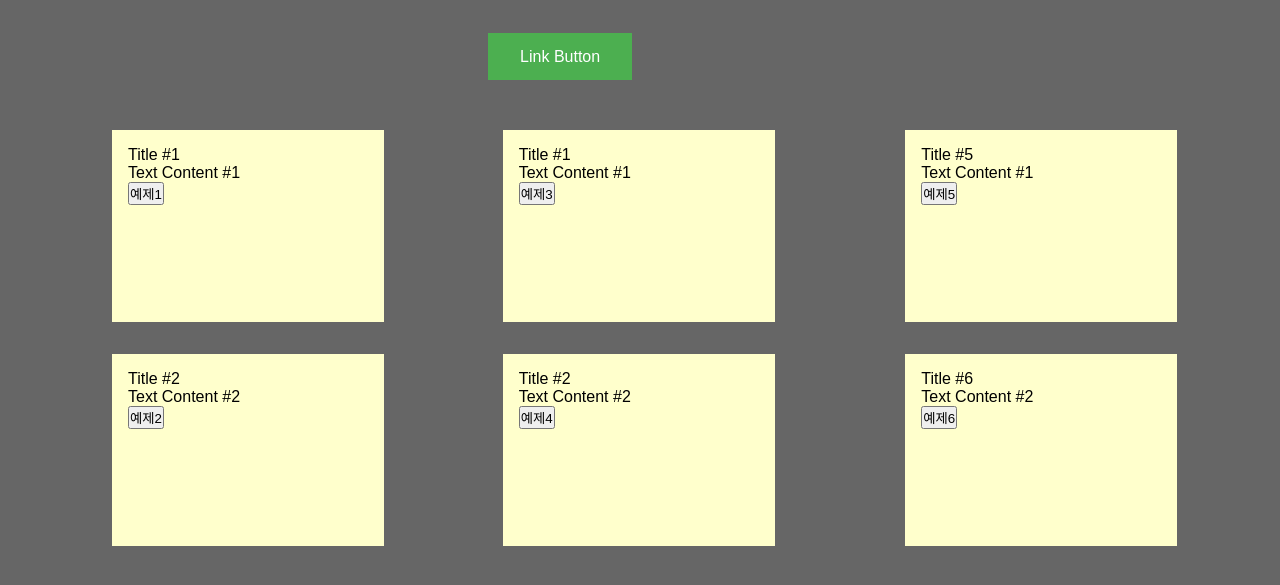
Repository: qudgns200/Toy_01_ToDoList
Page: http://localhost/ToDoList/jsp/mainForm.jsp
The author's editor kept a copy of each file at every save. The page is drawn from the files as they stood at one save, then again after the next save.
The browser window is 1280 px wide. The pictures show the whole page.
The page is served by Tomcat 9. Nobody is signed in. The application's start-up code is not run.

Above is the page before, as saved 2019-11-05 07:48:54.

After the next save:
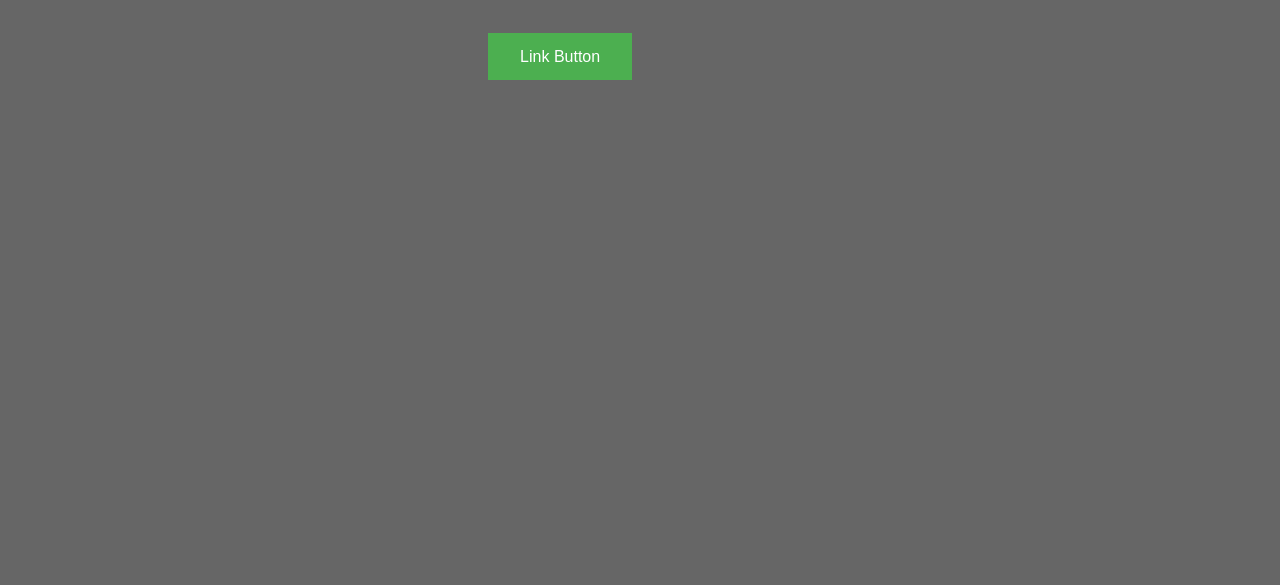
Saved 7 min 44 s later.
--- a/ToDoList/WebContent/jsp/mainForm.jsp
+++ b/ToDoList/WebContent/jsp/mainForm.jsp
@@ -16,58 +16,19 @@
     <section>
       <div id="todo">
         <ul>
-          <li>
-            <a href="#">
-              <h2>Title #1</h2>
-              <p>Text Content #1</p>
-              <button>예제1</button>
-            </a>
-          </li>
-          <li>
-            <a href="#">
-              <h2>Title #2</h2>
-              <p>Text Content #2</p>
-              <button>예제2</button>
-            </a>
-          </li>
+
         </ul>
       </div>
 
       <div id="doing">
         <ul>
-          <li>
-            <a href="#">
-              <h2>Title #1</h2>
-              <p>Text Content #1</p>
-              <button>예제3</button>
-            </a>
-          </li>
-          <li>
-            <a href="#">
-              <h2>Title #2</h2>
-              <p>Text Content #2</p>
-              <button>예제4</button>
-            </a>
-          </li>
+
         </ul>
       </div>
 
       <div id="done">
         <ul>
-          <li>
-            <a href="#">
-              <h2>Title #5</h2>
-              <p>Text Content #1</p>
-              <button>예제5</button>
-            </a>
-          </li>
-          <li>
-            <a href="#">
-              <h2>Title #6</h2>
-              <p>Text Content #2</p>
-              <button>예제6</button>
-            </a>
-          </li>
+
         </ul>
       </div>
     </section>
